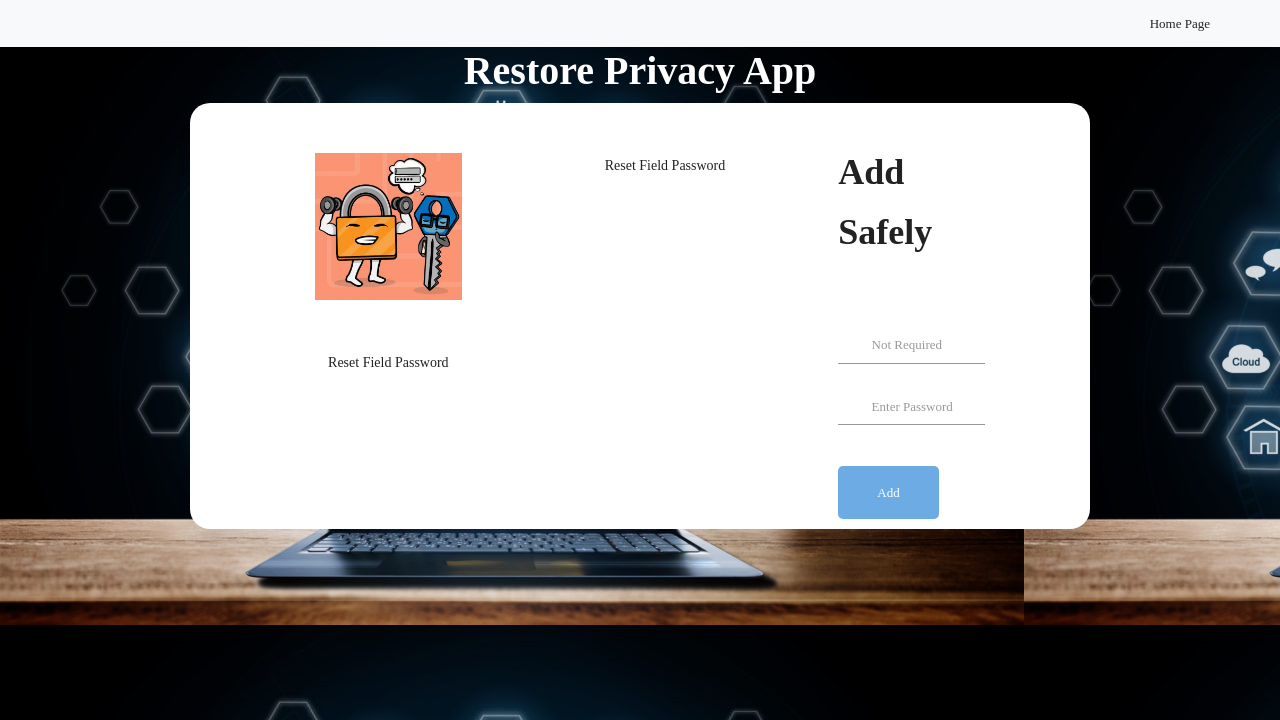
Repository: Sunil-731820/AllWorkingModels
Page: http://localhost/PasswordManagerApp/AddPassword.jsp
These files come from the project's save history. The page is drawn as it stood at one moment and after the next save; the edit follows.
The browser window is 1280 px wide. The pictures show the whole page.
Some web fonts or font styles are not loaded; a fallback is used. Some web libraries are served in a nearby version. The page is served by Tomcat 9. Other server files are loaded and not shown.

Above is the page before, as saved 2022-09-27 08:55:19.

### PasswordManagerApp/src/main/webapp/AddPassword.jsp
<%@page import="com.java.jsp.EncrptionOfPinCode"%>
<%@page import="com.java.jsp.AddPassword"%>
<%@page import="com.java.jsp.AddPasswordDAO"%>
<%@ page language="java" contentType="text/html; charset=ISO-8859-1"
    pageEncoding="ISO-8859-1"%>
<!DOCTYPE html>
<html>
<head>
<meta charset="ISO-8859-1">
<title>Insert title here</title>
<link rel="stylesheet" href="fonts/material-icon/css/material-design-iconic-font.min.css">
        <link rel="stylesheet"
              href="https://stackpath.bootstrapcdn.com/bootstrap/4.3.1/css/bootstrap.min.css">
        <link rel="stylesheet"
              href="https://maxcdn.bootstrapcdn.com/font-awesome/4.7.0/css/font-awesome.min.css">
        <script
        src="https://ajax.googleapis.com/ajax/libs/jquery/3.3.1/jquery.min.js"></script>
        <script
        src="https://cdnjs.cloudflare.com/ajax/libs/popper.js/1.14.7/umd/popper.min.js"></script>
        <script
        src="https://stackpath.bootstrapcdn.com/bootstrap/4.3.1/js/bootstrap.min.js"></script>
        <link
            href="//maxcdn.bootstrapcdn.com/bootstrap/4.0.0/css/bootstrap.min.css"
            rel="stylesheet" id="bootstrap-css">
        <script
        src="//maxcdn.bootstrapcdn.com/bootstrap/4.0.0/js/bootstrap.min.js"></script>
        <script
        src="//cdnjs.cloudflare.com/ajax/libs/jquery/3.2.1/jquery.min.js"></script>
        <link rel="stylesheet" href="css/register.css" type="text/css" />
         <style type="text/css">
        body {
            background-image: url("img/pass4.jpeg");
            background-color: #cccccc;
        }
        .img-rounded {
            height: 100%;
            width: 100%;
        }
        h1 {
            color: white;
            text-align: center;
        }
    </style>
</head>
<body>
<%
	AddPasswordDAO dao = new AddPasswordDAO();
	EncrptionOfPinCode erc1 = new EncrptionOfPinCode();

%>
<nav class="navbar navbar-expand-md navbar-light bg-light">
            <a href="#" class="navbar-brand">
            </a>
            <button type="button" class="navbar-toggler" data-toggle="collapse"
                    data-target="#navbarCollapse">
                <span class="navbar-toggler-icon"></span>
            </button>

            <div class="collapse navbar-collapse" id="navbarCollapse">
                <div class="navbar-nav ml-auto" style="margin-right: 30px;">
                    <a class="dropdown-item" href="HomePage.jsp">Home Page</a>
                </div>
            </div>
        </nav>
        <div>
            <h1>
                <b> Restore Privacy App </b>
            </h1>
        </div>
        <!-- Sing in  Form -->
        <form action="AddPassword.jsp" method="get">
            <section class="sign-in">
                <div class="container">
                    <div class="signin-content">
                        <div class="signin-image">
                            <figure><img src="img/addPassImg.jpg" alt="sing up image"></figure>
                            <a href="AddPassword.jsp" class="signup-image-link">Reset Field Password </a>&nbsp;&nbsp;&nbsp;&nbsp;&nbsp;

                        </div>
                        <div class="signin-image">

                            <a href="AddPassword.jsp" class="signup-image-link">Reset Field Password </a>&nbsp;&nbsp;&nbsp;&nbsp;&nbsp;

                        </div>

                        <div class="signin-form">
                            <h2 class="form-title">Add Safely</h2>
                            <form method="get" class="register-form" id="login-form">
                             &nbsp;&nbsp;&nbsp;&nbsp;&nbsp;&nbsp;&nbsp;&nbsp;&nbsp;&nbsp;<h4></h4>
                                <div class="form-group">
                                    <label for="your_name"><i class="zmdi zmdi-account material-icons-name"></i></label>
                                    <input type="number" name="normal" id="your_name" placeholder=" Not Required " />
                                </div>

                                <div class="form-group">
                                    <label for="your_name"><i class="zmdi zmdi-account material-icons-name"></i></label>
                                    <input type="text" name="AddPassword" id="your_name" placeholder=" Enter Password Here " required="required"/>
                                </div>

                                <div class="form-group form-button">
                                    <input type="submit" name="signin" id="signin" class="form-submit" value="Add"/>
                                </div>
                            </form>
                        </div>
                    </div>
                </div>
            </section>
        </form>

        <%
        	if(request.getParameter("AddPassword")!=null || request.getParameter("normal")!=null){
        		AddPassword add = new AddPassword();
        		String AddPassword = request.getParameter("AddPassword");
            	String addP =  erc1.encrypt(AddPassword);
        		add.setAddPassword(addP);
        		dao.addPassWordSafely(add);

        		 %>
            	 <jsp:forward page="PasswordAddedSuccessFully.jsp"/>

            	<%
            }
            %>

</body>
</html>

### PasswordManagerApp/src/main/java/com/java/jsp/AddPasswordDAO.java
package com.java.jsp;

import java.sql.Connection;
import java.sql.PreparedStatement;
import java.sql.SQLException;

public class AddPasswordDAO {

	Connection connection;
	PreparedStatement pst;

	public String addPassWordSafely(AddPassword AddPassword) throws ClassNotFoundException, SQLException {
		connection = ConnectionHelper.getConnection();
		String cmd = "insert into savepassword(AddPassword)"+
				" values (?)";
		pst  = connection.prepareStatement(cmd);
		pst.setString(1, AddPassword.getAddPassword());
		pst.executeUpdate();
		return "Password is addess Suceesfully";

	}

}

### PasswordManagerApp/src/main/java/com/java/jsp/EncrptionOfPinCode.java
package com.java.jsp;
import java.nio.charset.StandardCharsets;
import java.security.spec.KeySpec;
import java.util.Base64;
import java.util.Scanner;

import javax.crypto.Cipher;
import javax.crypto.SecretKey;
import javax.crypto.SecretKeyFactory;
import javax.crypto.spec.IvParameterSpec;
import javax.crypto.spec.PBEKeySpec;
import javax.crypto.spec.SecretKeySpec;

public class EncrptionOfPinCode {
	private static final String SECRET_KEY
    = "my_super_secret_key_ho_ho_ho";

    private static final String SALT = "ssshhhhhhhhhhh!!!!";

// This method use to encrypt to string
public static String encrypt(String strToEncrypt)
{
    try {

        // Create default byte array
        byte[] iv = { 0, 0, 0, 0, 0, 0, 0, 0,
                      0, 0, 0, 0, 0, 0, 0, 0 };
        IvParameterSpec ivspec
            = new IvParameterSpec(iv);

        // Create SecretKeyFactory object
        SecretKeyFactory factory
            = SecretKeyFactory.getInstance(
                "PBKDF2WithHmacSHA256");

        // Create KeySpec object and assign with
        // constructor
        KeySpec spec = new PBEKeySpec(
            SECRET_KEY.toCharArray(), SALT.getBytes(),
            65536, 256);
        SecretKey tmp = factory.generateSecret(spec);
        SecretKeySpec secretKey = new SecretKeySpec(
            tmp.getEncoded(), "AES");

        Cipher cipher = Cipher.getInstance(
            "AES/CBC/PKCS5Padding");
        cipher.init(Cipher.ENCRYPT_MODE, secretKey,
                    ivspec);
        // Return encrypted string
        return Base64.getEncoder().encodeToString(
            cipher.doFinal(strToEncrypt.getBytes(
                StandardCharsets.UTF_8)));
    }
    catch (Exception e) {
        System.out.println("Error while encrypting: "
                           + e.toString());
    }
    return null;

	}
}

Loaded but not shown: PasswordManagerApp/src/main/webapp/css/register.css (590 lines, source omitted)

After the next save:
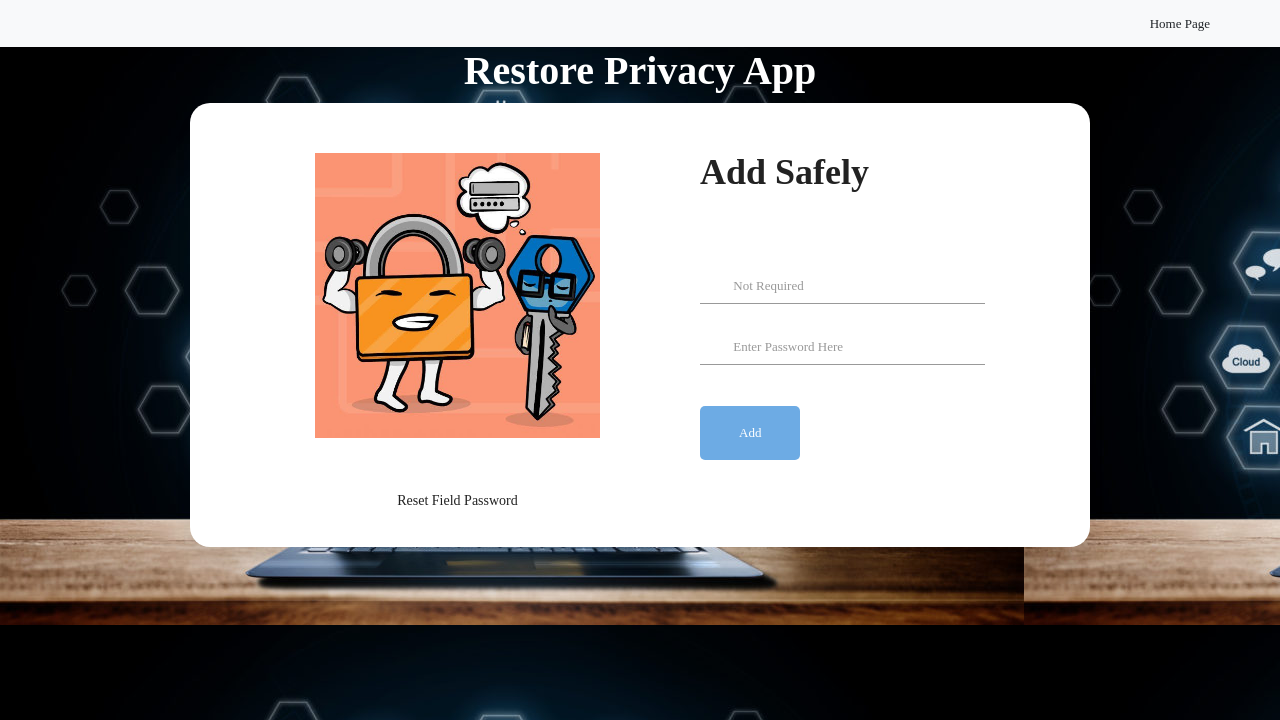
Saved 41 s later.
--- a/PasswordManagerApp/src/main/webapp/AddPassword.jsp
+++ b/PasswordManagerApp/src/main/webapp/AddPassword.jsp
@@ -75,12 +75,6 @@
                         <div class="signin-image">
                             <figure><img src="img/addPassImg.jpg" alt="sing up image"></figure>
                             <a href="AddPassword.jsp" class="signup-image-link">Reset Field Password </a>&nbsp;&nbsp;&nbsp;&nbsp;&nbsp;
-
-                        </div>
-                        <div class="signin-image">
-
-                            <a href="AddPassword.jsp" class="signup-image-link">Reset Field Password </a>&nbsp;&nbsp;&nbsp;&nbsp;&nbsp;
-
                         </div>
 
                         <div class="signin-form">
